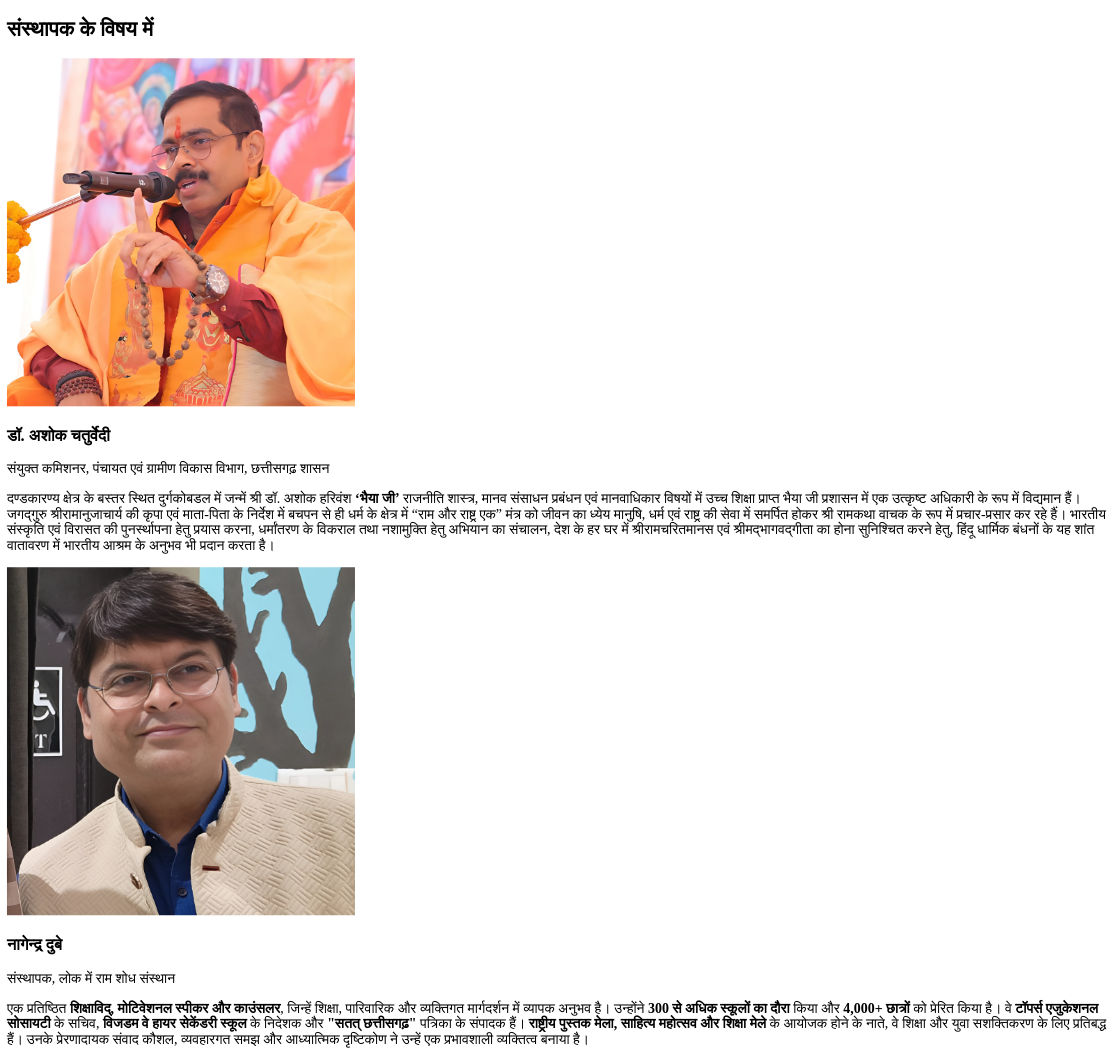
Repository: as-avni/lokmeeram
Page: /founder
An editor plug-in stored every save of this project. The page is shown before and after the next save, followed by the edit.
The browser window is 1280 px wide. The pictures show the whole page, at 87% of full size.
The project was rebuilt for these pictures with package versions that can differ from the ones it lists, and the page was loaded fresh each time. The framework's server and built-in components were replaced by stand-ins that run in the browser. Also part of the build but not shown: next.config.ts.

Above is the page before, as saved 2025-06-27 05:29:25.

### src/app/founder/page.tsx
import Image from "next/image"
import { Card, CardContent } from "@/components/ui/card"

export default function Founders() {
    return (
        <section id="team" className="px-4 py-12 md:py-16 bg-[url('/images/background/team-bg.png')] bg-blend-color-burn bg-cover bg-center bg-no-repeat">
        <div className="max-w-6xl mx-auto">
            <h1 className="text-3xl text-black text-center md:text-5xl px-20 font-bold mb-2 md:mb-4 mt-20">
                <span className="text-orange-600">
                संस्थापक </span> के
                विषय में
            </h1>

        <div className="grid grid-cols-1 md:grid-cols-2 gap-8 max-w-4xl mx-auto mt-5 md:mt-10">
        <Card className="bg-orange-200 shadow-lg shadow-black">
            <CardContent className="p-6">
            <div className="aspect-square relative mb-4 rounded-lg overflow-hidden">
                <Image
                src="/images/about-team/2.png"
                alt="Team member"
                width={400}
                height={400}
                className="object-cover rounded-full"
                />
            </div>
            <h3 className="text-2xl font-bold mb-1 text-center font-[Poppins]">डॉ. अशोक चतुर्वेदी</h3>
            <p className="text-lg font-semibold text-gray-800 mb-2 prose text-justify">संयुक्त
            कमिशनर, पंचायत एवं ग्रामीण विकास विभाग, छत्तीसगढ़ शासन</p>
            <p className="text-lg text-gray-500 prose text-justify">दण्डकारण्य क्षेत्र के बस्तर स्थित दुर्गकोबडल में जन्में श्री डॉ. अशोक हरिवंश <strong> ‘भैया जी’</strong> राजनीति शास्त्र, मानव संसाधन प्रबंधन एवं मानवाधिकार विषयों में उच्च शिक्षा प्राप्त भैया जी प्रशासन में एक उत्कृष्ट अधिकारी के रूप में विद्यमान हैं।

जगद्गुरु श्रीरामानुजाचार्य की कृपा एवं माता-पिता के निर्देश में बचपन से ही धर्म के क्षेत्र में “राम और राष्ट्र एक” मंत्र को जीवन का ध्येय मानुषि, धर्म एवं राष्ट्र की सेवा में समर्पित होकर श्री रामकथा वाचक के रूप में प्रचार-प्रसार कर रहे हैं।

भारतीय संस्कृति एवं विरासत की पुनर्स्थापना हेतु प्रयास करना, धर्मांतरण के विकराल तथा नशामुक्ति हेतु अभियान का संचालन, देश के हर घर में श्रीरामचरितमानस एवं श्रीमद्भागवद्गीता का होना सुनिश्चित करने हेतु, हिंदू धार्मिक बंधनों के यह शांत वातावरण में भारतीय आश्रम के अनुभव भी प्रदान करता है।</p>
            </CardContent>
        </Card>

        <Card className="bg-orange-200 shadow-lg shadow-black">
            <CardContent className="p-6">
            <div className="aspect-square relative mb-4 rounded-lg overflow-hidden">
                <Image
                src="/images/about-team/3.png"
                alt="Team member"
                width={400}
                height={400}
                className="object-cover rounded-full"
                />
            </div>
            <h3 className="text-2xl font-bold mb-1 text-center font-[Poppins]">नागेन्द्र दुबे </h3>
            <p className="text-lg font-semibold text-gray-800 mb-2 prose text-center">संस्थापक, लोक में राम शोध संस्थान</p>
            <p className="text-lg text-gray-500 prose text-justify">एक प्रतिष्ठित <strong>शिक्षाविद्, मोटिवेशनल स्पीकर और काउंसलर</strong>, जिन्हें शिक्षा, पारिवारिक और व्यक्तिगत मार्गदर्शन में व्यापक अनुभव है। उन्होंने <strong>300 से अधिक स्कूलों का दौरा</strong> किया और <strong>4,000+ छात्रों</strong> को प्रेरित किया है। वे <strong>टॉपर्स एजुकेशनल सोसायटी</strong> के सचिव, <strong>विजडम वे हायर सेकेंडरी स्कूल</strong> के निदेशक और <strong>&quot;सतत् छत्तीसगढ़&quot;</strong> पत्रिका के संपादक हैं। <strong>राष्ट्रीय पुस्तक मेला, साहित्य महोत्सव और शिक्षा मेले</strong> के आयोजक होने के नाते, वे शिक्षा और युवा सशक्तिकरण के लिए प्रतिबद्ध हैं। उनके प्रेरणादायक संवाद कौशल, व्यवहारगत समझ और आध्यात्मिक दृष्टिकोण ने उन्हें एक प्रभावशाली व्यक्तित्व बनाया है।
            </p>
            </CardContent>
        </Card>
        </div>
    </div>
    </section>
    )
}

### src/components/ui/card.tsx
import * as React from "react"

import { cn } from "@/lib/utils"

const Card = React.forwardRef<
  HTMLDivElement,
  React.HTMLAttributes<HTMLDivElement>
>(({ className, ...props }, ref) => (
  <div
    ref={ref}
    className={cn(
      "rounded-xl bg-card text-card-foreground",
      className
    )}
    {...props}
  />
))
Card.displayName = "Card"

const CardHeader = React.forwardRef<
  HTMLDivElement,
  React.HTMLAttributes<HTMLDivElement>
>(({ className, ...props }, ref) => (
  <div
    ref={ref}
    className={cn("flex flex-col space-y-1.5 p-6", className)}
    {...props}
  />
))
CardHeader.displayName = "CardHeader"

const CardTitle = React.forwardRef<
  HTMLDivElement,
  React.HTMLAttributes<HTMLDivElement>
>(({ className, ...props }, ref) => (
  <div
    ref={ref}
    className={cn("font-semibold leading-none tracking-tight", className)}
    {...props}
  />
))
CardTitle.displayName = "CardTitle"

const CardDescription = React.forwardRef<
  HTMLDivElement,
  React.HTMLAttributes<HTMLDivElement>
>(({ className, ...props }, ref) => (
  <div
    ref={ref}
    className={cn("text-sm text-muted-foreground", className)}
    {...props}
  />
))
CardDescription.displayName = "CardDescription"

const CardContent = React.forwardRef<
  HTMLDivElement,
  React.HTMLAttributes<HTMLDivElement>
>(({ className, ...props }, ref) => (
  <div ref={ref} className={cn("p-6 pt-0", className)} {...props} />
))
CardContent.displayName = "CardContent"

const CardFooter = React.forwardRef<
  HTMLDivElement,
  React.HTMLAttributes<HTMLDivElement>
>(({ className, ...props }, ref) => (
  <div
    ref={ref}
    className={cn("flex items-center p-6 pt-0", className)}
    {...props}
  />
))
CardFooter.displayName = "CardFooter"

export { Card, CardHeader, CardFooter, CardTitle, CardDescription, CardContent }

Loaded but not shown: src/lib/utils.ts (common file)

After the next save:
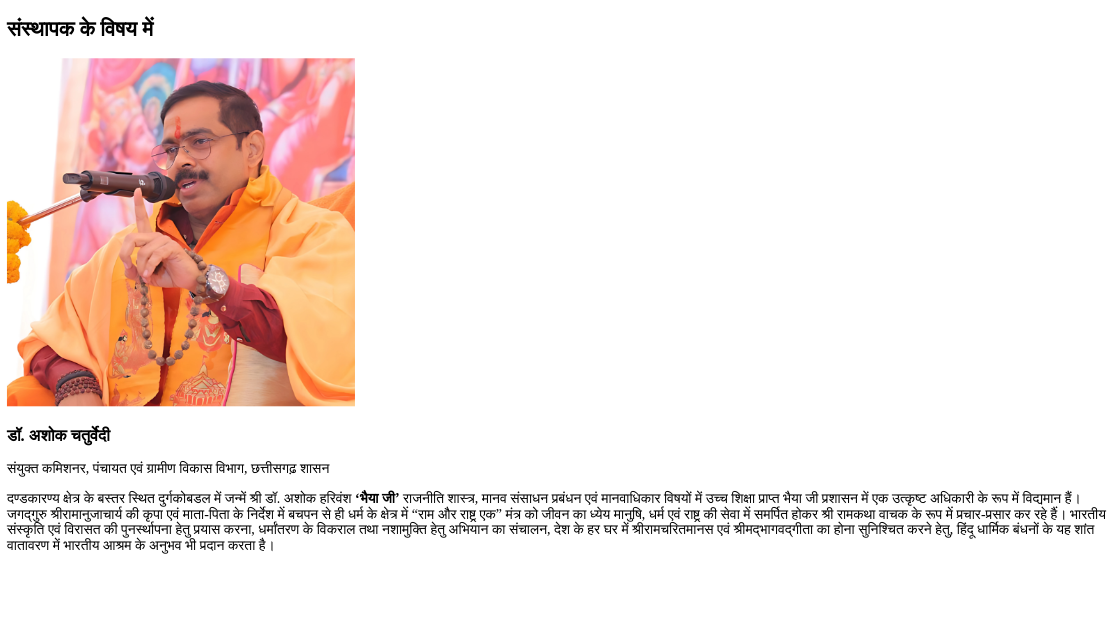
Saved 14 s later.
--- a/src/app/founder/page.tsx
+++ b/src/app/founder/page.tsx
@@ -33,7 +33,7 @@ export default function Founders() {
 भारतीय संस्कृति एवं विरासत की पुनर्स्थापना हेतु प्रयास करना, धर्मांतरण के विकराल तथा नशामुक्ति हेतु अभियान का संचालन, देश के हर घर में श्रीरामचरितमानस एवं श्रीमद्भागवद्गीता का होना सुनिश्चित करने हेतु, हिंदू धार्मिक बंधनों के यह शांत वातावरण में भारतीय आश्रम के अनुभव भी प्रदान करता है।</p>
             </CardContent>
         </Card>
-
+{/*
         <Card className="bg-orange-200 shadow-lg shadow-black">
             <CardContent className="p-6">
             <div className="aspect-square relative mb-4 rounded-lg overflow-hidden">
@@ -50,7 +50,7 @@ export default function Founders() {
             <p className="text-lg text-gray-500 prose text-justify">एक प्रतिष्ठित <strong>शिक्षाविद्, मोटिवेशनल स्पीकर और काउंसलर</strong>, जिन्हें शिक्षा, पारिवारिक और व्यक्तिगत मार्गदर्शन में व्यापक अनुभव है। उन्होंने <strong>300 से अधिक स्कूलों का दौरा</strong> किया और <strong>4,000+ छात्रों</strong> को प्रेरित किया है। वे <strong>टॉपर्स एजुकेशनल सोसायटी</strong> के सचिव, <strong>विजडम वे हायर सेकेंडरी स्कूल</strong> के निदेशक और <strong>&quot;सतत् छत्तीसगढ़&quot;</strong> पत्रिका के संपादक हैं। <strong>राष्ट्रीय पुस्तक मेला, साहित्य महोत्सव और शिक्षा मेले</strong> के आयोजक होने के नाते, वे शिक्षा और युवा सशक्तिकरण के लिए प्रतिबद्ध हैं। उनके प्रेरणादायक संवाद कौशल, व्यवहारगत समझ और आध्यात्मिक दृष्टिकोण ने उन्हें एक प्रभावशाली व्यक्तित्व बनाया है।
             </p>
             </CardContent>
-        </Card>
+        </Card> */}
         </div>
     </div>
     </section>
